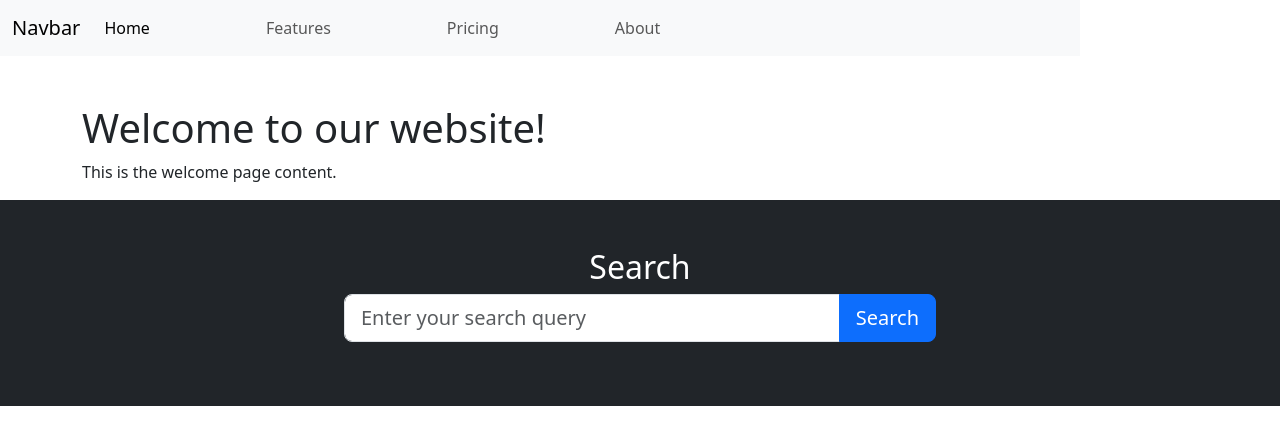
Repository: gyfffffff/meishimeike_test
Page: meishimeike/hello.html
The author's editor kept a copy of each file at every save. The page is drawn from the files as they stood at one save, then again after the next save.
The browser window is 1280 px wide. The pictures show the whole page.

Above is the page before, as saved 2023-07-13 10:47:56.

### meishimeike/hello.html
<!DOCTYPE html>
<html lang="en">

<head>
    <meta charset="UTF-8">
    <meta name="viewport" content="width=device-width, initial-scale=1.0">
    <link rel="stylesheet" href="https://cdn.jsdelivr.net/npm/bootstrap@5.3.0/dist/css/bootstrap.min.css">
    <style>
        .navbar {
            margin-right: 200px;
            /* 调整导航栏与其他内容的间距 */
        }

        .navbar-nav li {
            margin-right: 100px;
            /* 调整右侧间距 */
        }
    </style>

    <title>美食每刻</title>
</head>

<body>
    <nav class="navbar navbar-expand-lg bg-body-tertiary" style="background-color: #e3f2fd;" data-bs-theme="light">
        <div class="container-fluid">
            <a class="navbar-brand" href="#">Navbar</a>
            <button class="navbar-toggler collapsed" type="button" data-bs-toggle="collapse"
                data-bs-target="#navbarColor03" aria-controls="navbarColor03" aria-expanded="false"
                aria-label="Toggle navigation">
                <span class="navbar-toggler-icon"></span>
            </button>
            <div class="navbar-collapse collapse" id="navbarColor03" style="">
                <ul class="navbar-nav me-auto mb-2 mb-lg-0">
                    <li class="nav-item">
                        <a class="nav-link active" aria-current="page" href="#">Home</a>
                    </li>
                    <li class="nav-item">
                        <a class="nav-link" href="#">Features</a>
                    </li>
                    <li class="nav-item">
                        <a class="nav-link" href="#">Pricing</a>
                    </li>
                    <li class="nav-item">
                        <a class="nav-link" href="#">About</a>
                    </li>
                </ul>
                <!-- <form class="d-flex" role="search">
                    <input class="form-control me-2" type="search" placeholder="Search" aria-label="Search">
                    <button class="btn btn-outline-primary" type="submit">Search</button>
                </form> -->
            </div>
        </div>
    </nav>

    <div class="container mt-5">
        <h1>Welcome to our website!</h1>
        <p>This is the welcome page content.</p>
    </div>

    <div class="container-fluid bg-dark text-center p-5">
        <h2 class="text-white">Search</h2>
        <div class="input-group mb-3 w-50 mx-auto">
            <input type="text" class="form-control form-control-lg" placeholder="Enter your search query">
            <button class="btn btn-primary btn-lg" type="button">Search</button>
        </div>
    </div>

    <script src="https://cdn.jsdelivr.net/npm/bootstrap@5.3.0/dist/js/bootstrap.bundle.min.js"></script>
</body>

</html>

After the next save:
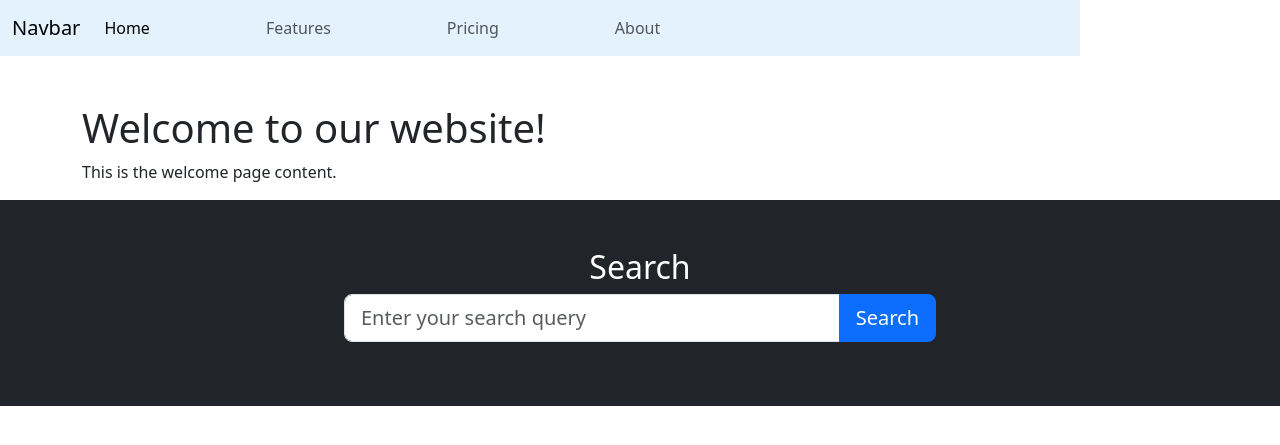
Saved 62 s later.
--- a/meishimeike/hello.html
+++ b/meishimeike/hello.html
@@ -21,7 +21,7 @@
 </head>
 
 <body>
-    <nav class="navbar navbar-expand-lg bg-body-tertiary" style="background-color: #e3f2fd;" data-bs-theme="light">
+    <nav class="navbar navbar-expand-lg" style="background-color: #e3f2fd;" data-bs-theme="light">
         <div class="container-fluid">
             <a class="navbar-brand" href="#">Navbar</a>
             <button class="navbar-toggler collapsed" type="button" data-bs-toggle="collapse"
